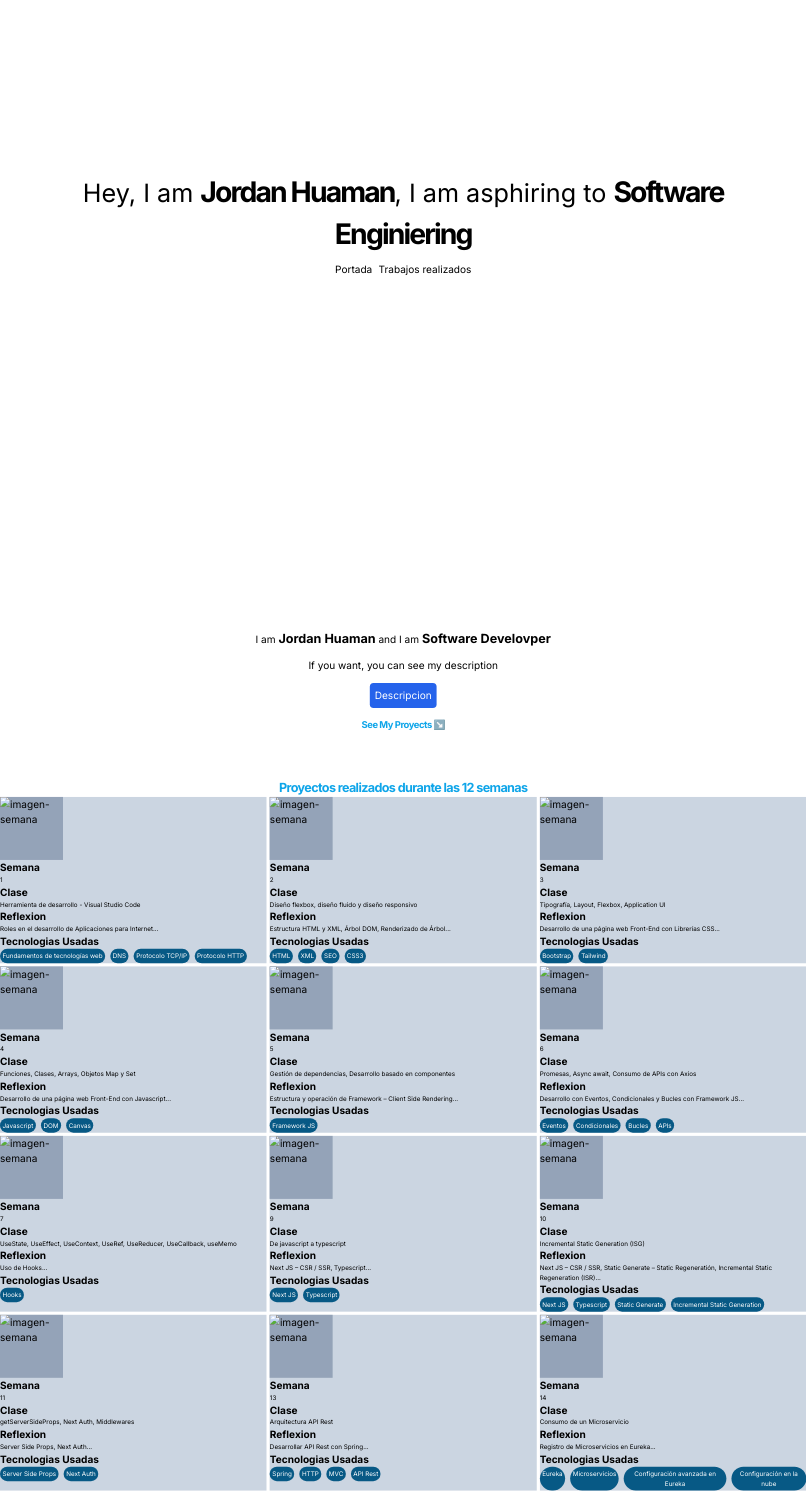
Repository: devsecops-node/portafolio-nextj-pages
Page: /
These files come from the project's save history. The page is drawn as it stood at one moment and after the next save; the edit follows.
The browser window is 1280 px wide. The pictures show the whole page, at 63% of full size.
The project was rebuilt for these pictures with package versions that can differ from the ones it lists, and the page was loaded fresh each time. The framework's server and built-in components were replaced by stand-ins that run in the browser. Also part of the build but not shown: next.config.js, src/components/Modal.jsx, src/styles/transitionPage.module.css.

Above is the page before, as saved 2024-01-15 04:53:48.

### src/app/page.js
"use client"
import Dashboard from '@/components/Dashboard'
import Transition from '@/components/Transition'
import Image from 'next/image'
import { useEffect, useState } from 'react'

export default function Home() {
  const [showAnimation, setShowAnimation] = useState(true)

  useEffect(() => {
    console.log('Ejecutando')
    setTimeout(() => {
      setShowAnimation(false)
    }, 2000)
  }, [])
  return (
    <main className='h-[100vh]'>
      {showAnimation ? <Transition /> : <Dashboard />}
    </main>
  )
}

### src/components/Dashboard.jsx
import React from 'react'
import stles from "@/styles/dashboard.module.css"
import Portada from './Portada'
import { useRef } from 'react'
import Proyects from './Proyects'

const Dashboard = () => {

  const scrollToPortada = () => {
    const portada = document.getElementById('portada')

    if (portada) {
      console.log('ejecutando id')
      portada.scrollIntoView({ behavior: 'smooth' })
    }
  }

  const scrollToProyects = () => {
    const portada = document.getElementById('proyects')

    if (portada) {
      console.log('ejecutando id')
      portada.scrollIntoView({ behavior: 'smooth' })
    }
  }

  return (
    <section className={stles.home_view}>
      <div className='h-screen flex justify-center items-center flex-col'>
        <div className={stles.home_view_principal}>
          <p className={stles.animar_text} id='detec'> Hey, I am <span className="animacion-bolder">Jordan
            Huaman</span>, I am asphiring to <span className={stles.detect}>Software Enginiering</span>
          </p>
        </div>
        <div className={stles.home_view_links}>
          <a onClick={scrollToPortada} className={stles.animar_abajo}>
            <p>Portada</p>
          </a>
          {/* <a href="" className={stles.animar_abajo}>
            <p>Bienvenida Introduccion</p>
          </a>
          <a href="" className={stles.animar_arriba}>
            <p>Tabla de contenido</p>
          </a><a href="" className={stles.animar_arriba}>
            <p>Informacion sobre mi</p>
          </a> */}
          <a  onClick={scrollToProyects} className={stles.animar_abajo}>
            <p>Trabajos realizados</p>
          </a>

        </div>
        <div>
        </div>
      </div>
      <div id='portada'>
        <Portada scrolProyects={scrollToProyects}/>
      </div>
      <div id='proyects'>
        <Proyects/>
      </div>
    </section>
  )
}

export default Dashboard

### src/components/Transition.jsx
import React from 'react'
import styles from "@/styles/transitionPage.module.css"

const Transition = () => {
  return (
    <div className={styles.home}>
      <main className=''>
        <p className={styles.text_1}>Jh</p>
        <p className={styles.text_2}>Jordan Huaman - Porfolio</p>
      </main>
      <footer>
        <p className={styles.text_3}>Software Engineerin - 2024</p>
      </footer>
    </div>
  )
}

export default Transition

### src/styles/dashboard.module.css
/* ? Home-view part */
.home_view {
  height: 100%;
}

.animar_text {
  animation: apper-2 2s;
  -webkit-animation: apper-2 2s;
}

.home_view_principal {
  width: 90%;
  margin: 0 auto;
}

.home_view_principal p {
  text-align: center;
  font-size: 40px;
}

.home_view_principal p span {
  font-size: 45px;
  letter-spacing: -3px;
  font-weight: bold;
}

.home_view_principal p span:hover .child {
  background-color: red;
}

@keyframes apper-2 {
  0% {
    opacity: 0;
    transform: translateY(-200px);
    -webkit-transform: translateY(-200px);
    -moz-transform: translateY(-200px);
    -ms-transform: translateY(-200px);
    -o-transform: translateY(-200px);
  }

  50% {
    opacity: 1;
    transform: translateY(-20px);
    -webkit-transform: translateY(-20px);
    -moz-transform: translateY(-20px);
    -ms-transform: translateY(-20px);
    -o-transform: translateY(-20px);
  }

  100% {
    opacity: 1;
    transform: translateY(0px);
    -webkit-transform: translateY(0px);
    -moz-transform: translateY(0px);
    -ms-transform: translateY(0px);
    -o-transform: translateY(0px);
  }
}

.home_view_links {
  display: flex;
  padding: 10px;
  justify-content: space-between;
  gap: 10px;
}

/* Line aniamtion */
.line-animation {
  display: inline;
  cursor: pointer;
  position: relative;
  /* padding: 5px; */
}

.line-animation::after {
  /* margin-top: 10px; */
  content: "";
  position: absolute;
  width: 100%;
  height: 3px;
  top: auto;
  bottom: 14px;
  left: -4px;
  transform: scaleX(0);
  box-shadow: 0 5px 0 black;
  transform-origin: bottom right;
  transition: transform 0.5s ease-out;
}

.line-animation:hover:after {
  transform: scaleX(1);
  transform-origin: bottom left;
}

.animacion-bolder {
  animation: animar-bold 2s linear alternate slidein;
  -webkit-animation: animar-bold 2s linear alternate slidein;
}

.animar_arriba{
  animation: apper-arriba 2s;
  -webkit-animation: apper-arriba 2s;
}
.animar_abajo{
  cursor: pointer;
  animation: apper-abajo 2s;
  -webkit-animation: apper-abajo 2s;

}

@keyframes apper-arriba {
  0% {
    opacity: 0;
    transform: translateY(200px);
    -webkit-transform: translateY(200px);
    -moz-transform: translateY(200px);
    -ms-transform: translateY(200px);
    -o-transform: translateY(200px);
}

  50% {
    opacity: 1;
    transform: translateY(-20px);
    -webkit-transform: translateY(-20px);
    -moz-transform: translateY(-20px);
    -ms-transform: translateY(-20px);
    -o-transform: translateY(-20px);
  }

  100% {
    opacity: 1;
    transform: translateY(0px);
    -webkit-transform: translateY(0px);
    -moz-transform: translateY(0px);
    -ms-transform: translateY(0px);
    -o-transform: translateY(0px);
  }
}
@keyframes apper-abajo {
  0% {
    opacity: 0;
    transform: translateY(-200px);
    -webkit-transform: translateY(-200px);
    -moz-transform: translateY(-200px);
    -ms-transform: translateY(-200px);
    -o-transform: translateY(-200px);
}

  50% {
    opacity: 1;
    transform: translateY(-20px);
    -webkit-transform: translateY(-20px);
    -moz-transform: translateY(-20px);
    -ms-transform: translateY(-20px);
    -o-transform: translateY(-20px);
  }

  100% {
    opacity: 1;
    transform: translateY(0px);
    -webkit-transform: translateY(0px);
    -moz-transform: translateY(0px);
    -ms-transform: translateY(0px);
    -o-transform: translateY(0px);
  }
}

@keyframes animar-bold {
  0% {
    opacity: 0;
  }

  100% {
    opacity: 1;
  }
}

### src/components/Portada.jsx
import React, { useState } from 'react'
import Modal from './Modal'

const Portada = ({ scrolProyects }) => {
  const [modal, setModal] = useState(false)
  const showModal = () => {
    setModal(true)
  }
  const closeModal = () => {
    setModal(false)
  }

  const srolPro = () => {
    scrolProyects()
  }

  return (
    <div className='h-screen flex justify-center items-center relative'>
      <section className='flex justify-center flex-col items-center gap-4'>
        <p>I am <span className='text-[20px] font-bold'>Jordan Huaman</span> and I am <span className='text-[20px] font-bold'>Software Develovper</span></p>
        <p>If you want, you can see my description</p>
        <button onClick={showModal} className='bg-blue-600 p-2 rounded-md text-white hover:scale-105 duration-150 ease-in-out'>Descripcion</button>
        {modal ? <Modal setModal={closeModal}  /> : <></>}
        <p className='text-sky-500 font-bold tracking-tighter text-[15px] transition-all duration-150 hover:scale-105 ease-in-out cursor-pointer' onClick={srolPro}>See My Proyects <span>↘️</span></p>
      </section>
    </div>
  )
}

export default Portada

### src/components/Proyects.jsx
import React from 'react'
import Card from './Card';
import styles from '@/styles/proyectos.module.css'

const Proyects = () => {
  const planDeEstudios = [
    {
      semana: 1,
      tecnologias_usadas: [
        "Fundamentos de tecnologías web",
        "DNS",
        "Protocolo TCP/IP",
        "Protocolo HTTP"
      ],
      reflexion: "Roles en el desarrollo de Aplicaciones para Internet",
      proyecto: "Desarrollo de una aplicación web",
      resumen_de_clase: "Herramienta de desarrollo - Visual Studio Code"
    },
    {
      semana: 2,
      tecnologias_usadas: ["HTML", "XML", "SEO", "CSS3"],
      reflexion: "Estructura HTML y XML, Árbol DOM, Renderizado de Árbol",
      proyecto: "Diseño de una página web",
      resumen_de_clase: "Diseño flexbox, diseño fluido y diseño responsivo"
    },
    {
      semana: 3,
      tecnologias_usadas: ["Bootstrap", "Tailwind"],
      reflexion: "Desarrollo de una página web Front-End con Librerías CSS",
      proyecto: "Práctica Calificada 01: Desarrollo de un sitio web con framework",
      resumen_de_clase: "Tipografía, Layout, Flexbox, Application UI"
    },
    {
      semana: 4,
      tecnologias_usadas: ["Javascript", "DOM", "Canvas"],
      reflexion: "Desarrollo de una página web Front-End con Javascript",
      proyecto: "Trabajo 01: Manejar el DOM con Javascript y Canvas",
      resumen_de_clase: "Funciones, Clases, Arrays, Objetos Map y Set"
    },
    {
      semana: 5,
      tecnologias_usadas: ["Framework JS"],
      reflexion: "Estructura y operación de Framework – Client Side Rendering",
      proyecto: "Laboratorio 05A: Pasar datos con props y children y mostrar en un componente hijo",
      resumen_de_clase: "Gestión de dependencias, Desarrollo basado en componentes"
    },
    {
      semana: 6,
      tecnologias_usadas: ["Eventos", "Condicionales", "Bucles", "APIs"],
      reflexion: "Desarrollo con Eventos, Condicionales y Bucles con Framework JS",
      proyecto: "Laboratorio 06A: Eventos y Renderizado Condicional e iterativo con datos de una API",
      resumen_de_clase: "Promesas, Async await, Consumo de APIs con Axios"
    },
    {
      semana: 7,
      tecnologias_usadas: ["Hooks"],
      reflexion: "Uso de Hooks",
      proyecto: "Laboratorio 09: Uso de hooks",
      resumen_de_clase: "UseState, UseEffect, UseContext, UseRef, UseReducer, UseCallback, useMemo"
    },
    {
      semana: 9,
      tecnologias_usadas: ["Next JS", "Typescript"],
      reflexion: "Next JS – CSR / SSR, Typescript",
      proyecto: "Laboratorio 10: Caso práctico consumo de API",
      resumen_de_clase: "De javascript a typescript"
    },
    {
      semana: 10,
      tecnologias_usadas: ["Next JS", "Typescript", "Static Generate", "Incremental Static Generation"],
      reflexion: "Next JS – CSR / SSR, Static Generate – Static Regeneratión, Incremental Static Regeneration (ISR)",
      proyecto: "Laboratorio 10: Caso práctico consumo de API",
      resumen_de_clase: "Incremental Static Generation (ISG)"
    },
    {
      semana: 11,
      tecnologias_usadas: ["Server Side Props", "Next Auth"],
      reflexion: "Server Side Props, Next Auth",
      proyecto: "Laboratorio 11: Subsistema de autenticación con Next JS",
      resumen_de_clase: "getServerSideProps, Next Auth, Middlewares"
    },
    {
      semana: 13,
      tecnologias_usadas: ["Spring", "HTTP", "MVC", "API Rest"],
      reflexion: "Desarrollar API Rest con Spring",
      proyecto: "Laboratorio 13: Desarrollo de una API Rest y Despliegue.",
      resumen_de_clase: "Arquitectura API Rest"
    },
    {
      semana: 14,
      tecnologias_usadas: ["Eureka", "Microservicios", "Configuración avanzada en Eureka", "Configuración en la nube"],
      reflexion: "Registro de Microservicios en Eureka",
      proyecto: "Resumen del registro de microservicio",
      resumen_de_clase: "Consumo de un Microservicio"
    }
  ];

  return (
    <div className='h-screen flex justify-center items-center flex-col'>
      <p className='text-sky-500 font-bold text-[20px]  tracking-tighter'>Proyectos realizados durante las 12 semanas</p>
      <div className={styles.proyectos}>
        {planDeEstudios.map(proyec => <Card key={proyec.semana} proyect={proyec} />)}
      </div>
    </div>
  )
}

export default Proyects

### src/components/Card.jsx
import React from 'react'

const Card = ({ proyect }) => {
  return (
    <section className='bg-slate-300'>
      <img src="" alt="imagen-semana" width={100} height={100} className='bg-slate-400' />
      <div>
        <p className='font-bold'>Semana</p>
        <p className='text-[10px]'>{proyect.semana}</p>
      </div>
      <div>
        <p className='font-bold'>Clase</p>
        <p className='text-[10px]'>{proyect.resumen_de_clase}</p>
      </div>
      <div>
        <p className='font-bold'>Reflexion</p>
        <p className='text-[10px]'>{proyect.reflexion}...</p>
      </div>
      <div>
        <p className='font-bold'>Tecnologias Usadas</p>
        <div className='flex gap-2'>
          {proyect.tecnologias_usadas.map(tec => <p className='text-[10px] bg-sky-800 text-white p-1 rounded-full text-center'>{tec}</p>)}
        </div>
      </div>
    </section>
  )
}

export default Card

### src/styles/proyectos.module.css
.proyectos{
  display: grid;
  grid-template-columns: repeat(3,1fr);
  gap: 5px;
}

Loaded but not shown: src/app/layout.js (common file); src/app/globals.css (common file); tailwind.config.js (common file)

After the next save:
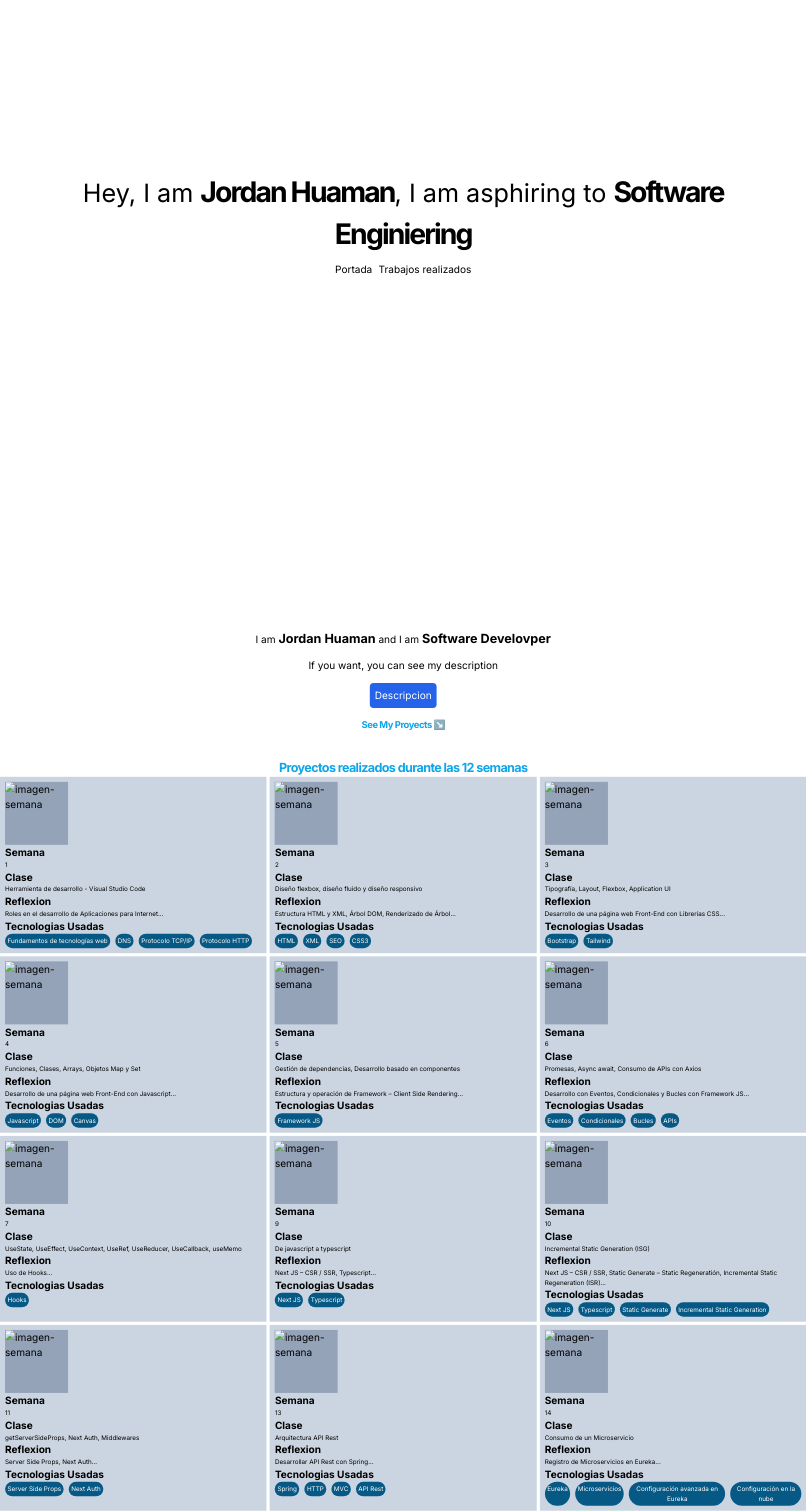
Saved 12 s later.
--- a/src/components/Card.jsx
+++ b/src/components/Card.jsx
@@ -2,7 +2,7 @@
 
 const Card = ({ proyect }) => {
   return (
-    <section className='bg-slate-300'>
+    <section className='bg-slate-300 p-2'>
       <img src="" alt="imagen-semana" width={100} height={100} className='bg-slate-400' />
       <div>
         <p className='font-bold'>Semana</p>

After the save that followed:
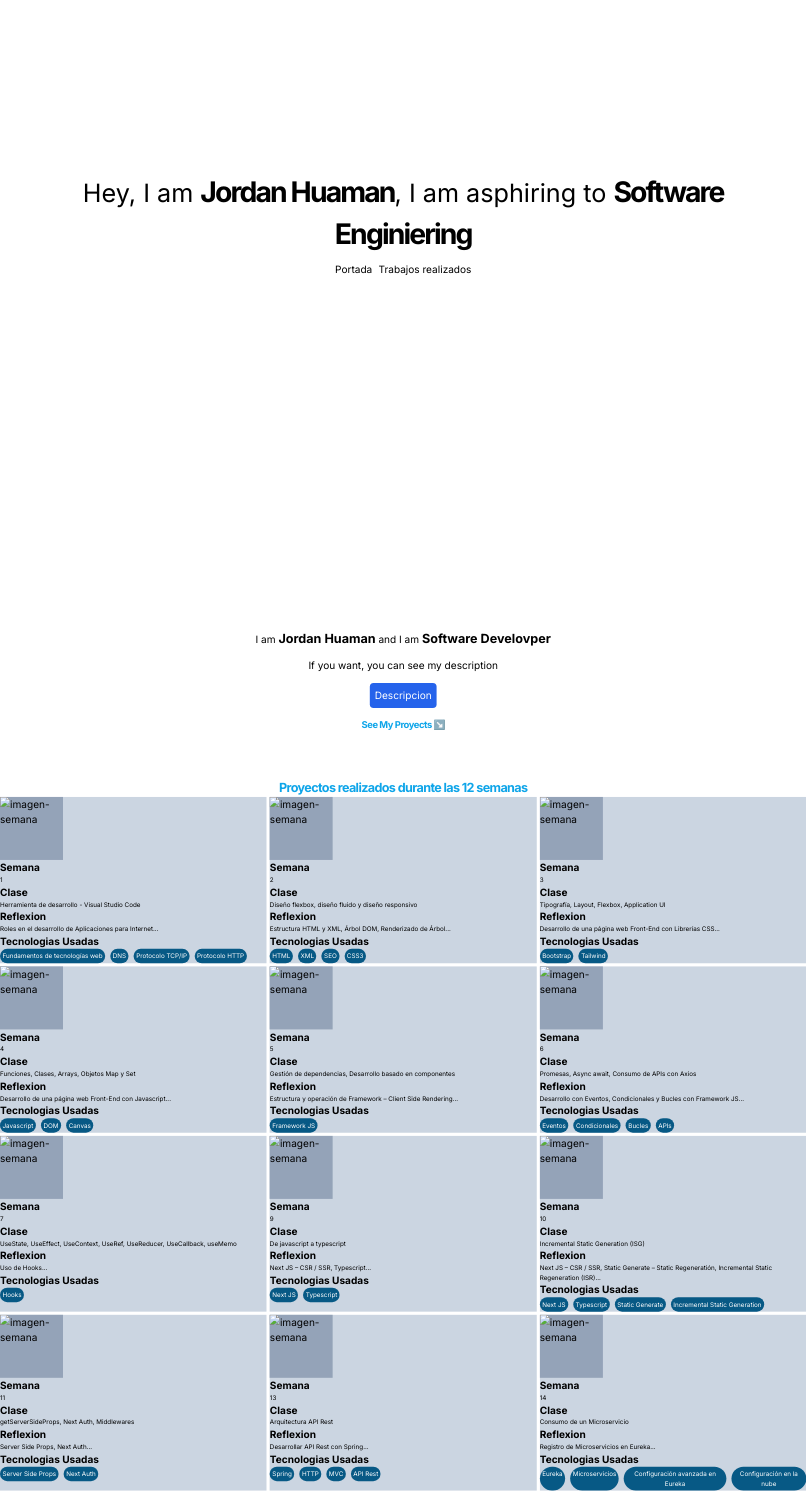
Saved 7 s later.
--- a/src/components/Card.jsx
+++ b/src/components/Card.jsx
@@ -2,7 +2,7 @@
 
 const Card = ({ proyect }) => {
   return (
-    <section className='bg-slate-300 p-2'>
+    <section className='bg-slate-300'>
       <img src="" alt="imagen-semana" width={100} height={100} className='bg-slate-400' />
       <div>
         <p className='font-bold'>Semana</p>
